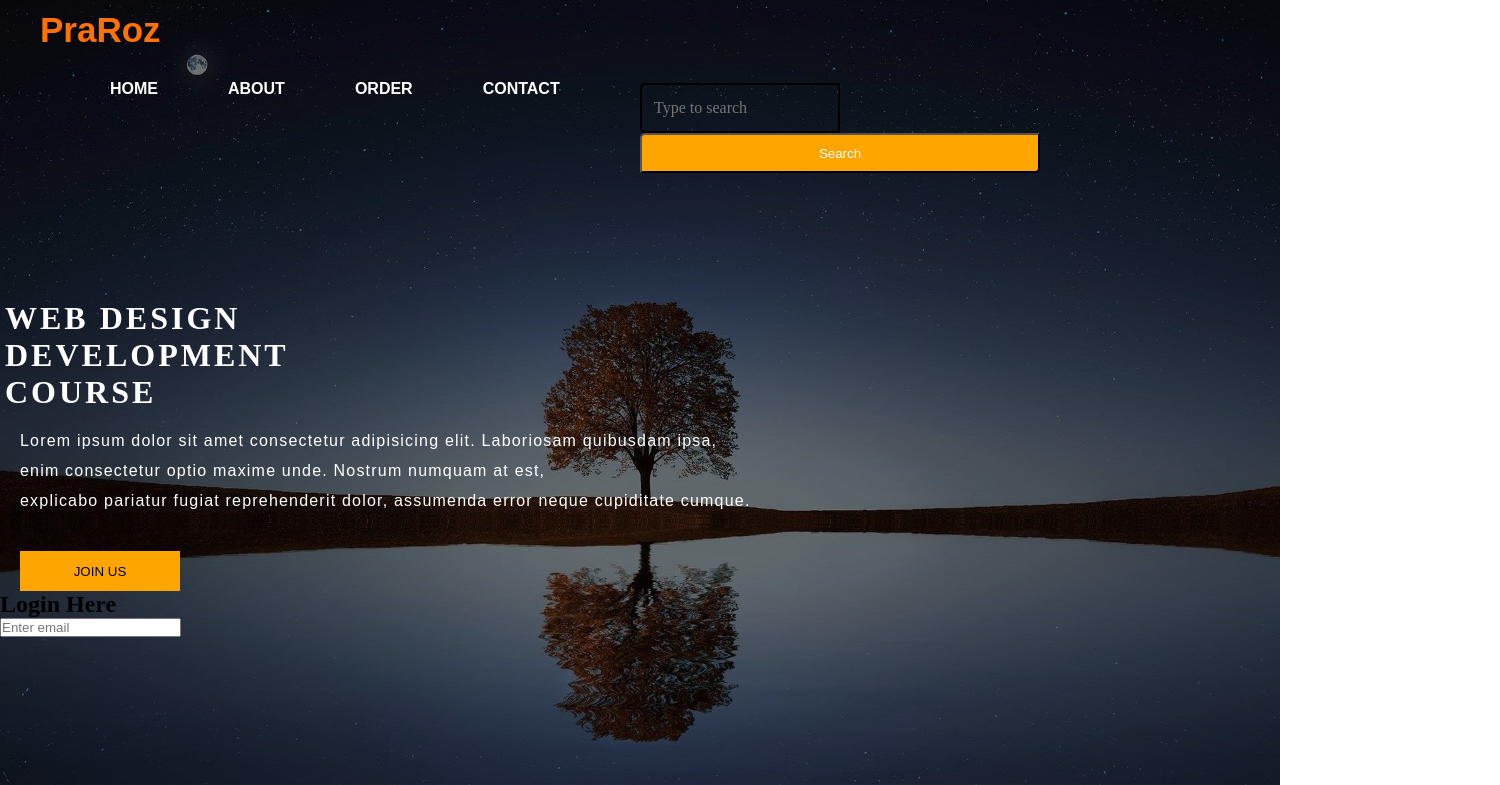
Repository: Cedrqmwesigwa/web-design-course
Page: index.html
These files come from the project's save history. The page is drawn as it stood at one moment and after a run of saves; the edit follows.
The browser window is 1280 px wide. The page is 1500 px wide, so the pictures cover 1500 px, including what lies to the right of the window. The pictures show the whole page.

Above is the page before, as saved 2024-04-03 20:49:08.

### index.html
<!DOCTYPE html>
<html lang="en">
<head>
    <title>Web development html</title>
    <link rel="stylesheet" href="style.css"/>
</head>
<body>
    <div class="main">
        <div class="navbar">

            <div class="icon">
                <h2 class="logo">PraRoz</h2>
            </div>

            <div class="menu">
                <ul>
                    <li><a href="#">HOME</a></li>
                    <li><a href="#">ABOUT</a></li>
                    <li><a href="#">ORDER</a></li>
                    <li><a href="#">CONTACT</a></li>
                </ul>
            </div>

            <div class="search">
                <input type="search" class="srch" name="" placeholder="Type to search">
                <a href="#"><button class="btn">Search</button></a>
            </div>

        </div>

        <div class="content">
            <h1>WEB DESIGN <br>
            <span>DEVELOPMENT</span>
            <br>COURSE</h1>


            <p class="par">Lorem ipsum dolor sit amet consectetur adipisicing elit. Laboriosam quibusdam ipsa,<br>
                enim consectetur optio maxime unde. Nostrum numquam at est,
                <br>explicabo pariatur fugiat reprehenderit dolor, assumenda error neque cupiditate cumque.
            </p>


            <button class="cn">
                <a href="#">JOIN US</a>
            </button>
        </div>
        <div class="form">
            <h2>Login Here</h2>
            <input type="email" name="email" placeholder="Enter email">
        </div>
    </div>


</body>
</html>

### style.css
*{
    margin: 0;
    padding: 0;
}

.main{
    width: 100% ;
    background: linear-gradient(to top, rgba(0,0,0,0.5)50%, rgba(0, 0, 0, 0.5)50%), url(1.jpg);
    background-position: center;
    background-size: cover;
    height: 109vh;
}

.navbar{
    width: 1200px;
    height: 75px;
    margin:  auto;
}

.icon{
    width: 200px;
    font: left;
    height: 70px;
}

.logo {
    color: #ff7200;
    font-size: 35px;
    font-family: Arial;
    float: left;
    padding-top: 10px;
}

.menu{
    width: 400px;
    float: left;
    height: 70px;
}

ul{
    float: left;
    display: flex;
    justify-content: center;
    align-items: center;
}

ul li{
    list-style: none;
    margin-left: 70px;
    margin-top: 10px;
    font-size: 16px;
}

ul li a{
    text-decoration: none;
    color: white;
    font-family: Arial;
    font-weight: bold;
    transition: .4 ease-in-out;
}

ul li a:hover{
    color:#ff7200
}

.search{
    width: 400px;
    float: left;
    margin-left: 200px;
}

.srch{
    font-family: "Times New Roman";
    width: 200px;
    height: 50px;
    padding: 3%;
    background: transparent;
    border-top: 5px;
    border-bottom-left-radius: 5px;
    border-top-left-radius: 5px;
    font-size: 16px;
    color: white;
    margin-top:13px;
    border: 2px solid  #000;
}

.btn{
    width:100%;
    height: 40px;
    background: orange;
    color: white;
    border-bottom-right-radius: 5px;
    border-top-left-radius: 5px;
}

.btn:focus{
    outline: none;
}
.srch:focus{
    outline:none;
}

.content{
    width: 1500px;
    height: auto;
    margin: auto;
    color: white;
    position: relative
}
.content .par{
    padding-left: 20px;
    padding-bottom: 20px;
    margin-top: 1%;
    font-family: Arial;
    letter-spacing: 1.2px;
    line-height: 30px;
}

.content h1{
    font-family: 'Times New Roman';
    size: 100px;
    padding-left: 5px;
    margin-top: 15%;
    letter-spacing: 3px;
}

.content .cn{
    width: 160px;
    height: 40px;
    background: orange;
    border: none;
    margin-top: 1%;
    border-right:10px;
    margin-left: 20px;
    cursor: pointer;
    transition: .4s ease;
}

.content .cn a {
    text-decoration: none;
    color:black;
    transition: .3s ease;
}

.cn:hover{
    background-color: white;
}
.content.span{
    color:#ff7200;
}

After the next 2 saves:
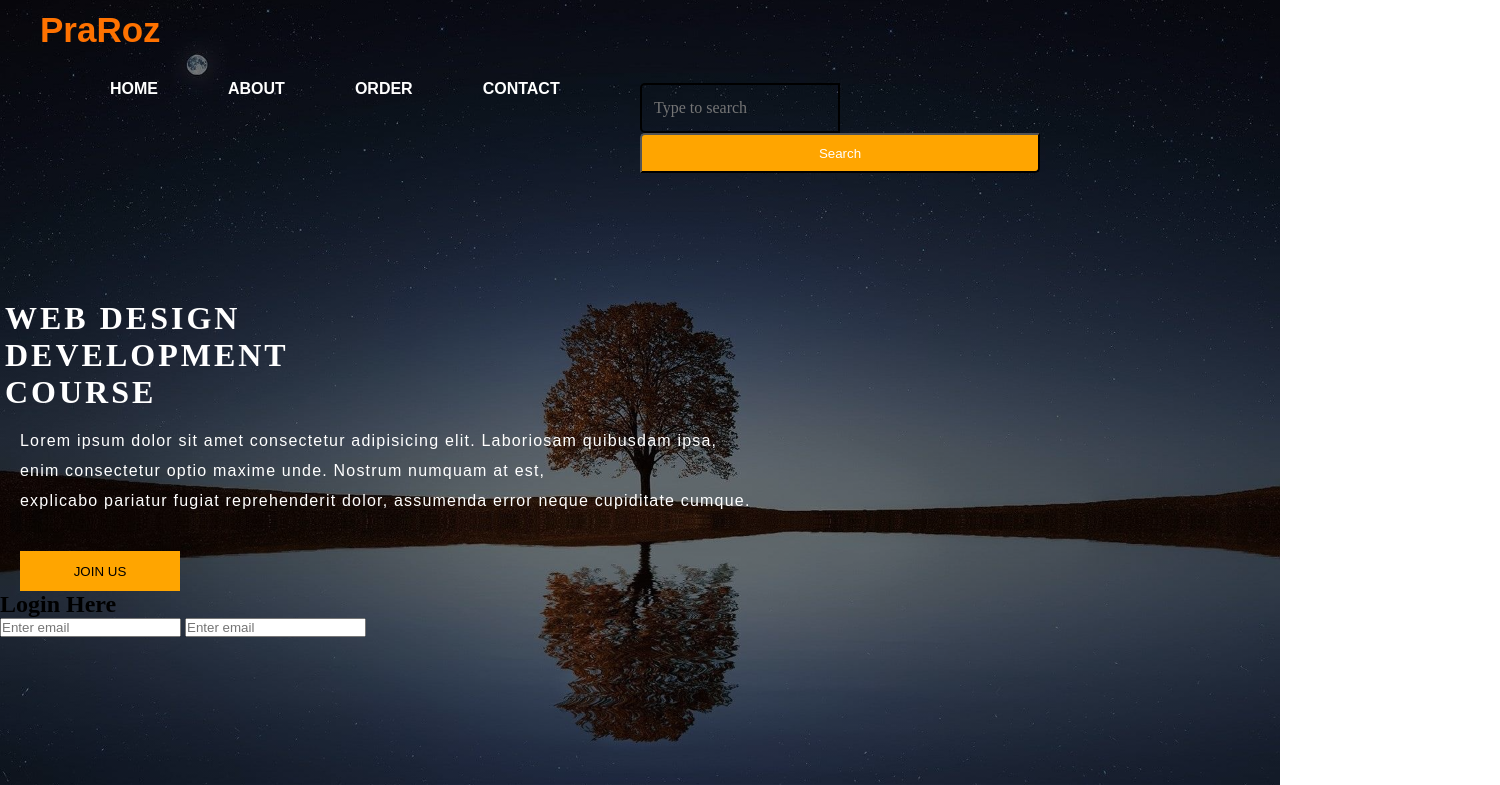
The 2 saves are shown as one change because they came seconds apart.
The last was saved 12 s later.
--- a/index.html
+++ b/index.html
@@ -47,6 +47,7 @@
         <div class="form">
             <h2>Login Here</h2>
             <input type="email" name="email" placeholder="Enter email">
+            <input type="email" name="email" placeholder="Enter email">
         </div>
     </div>
 
